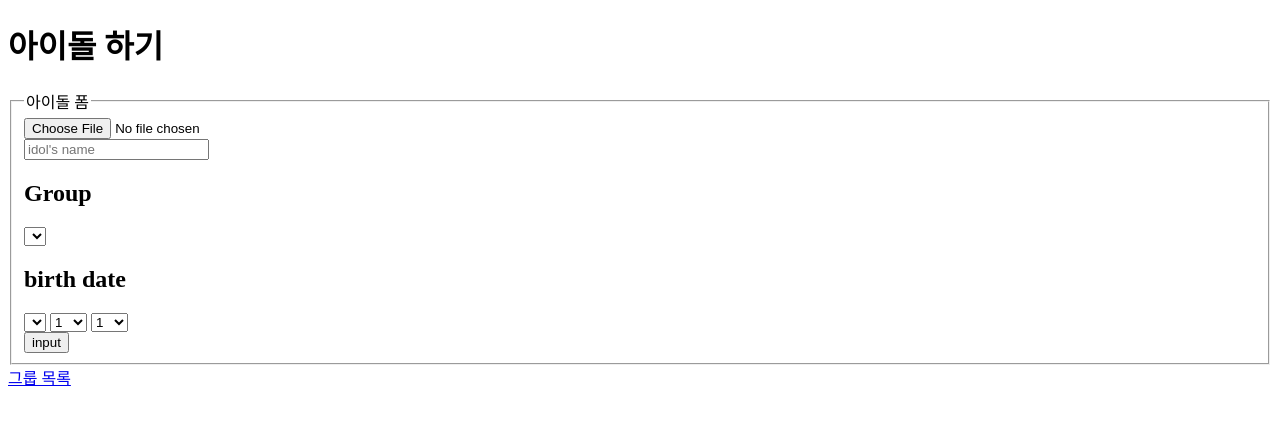
Repository: pippikim/TIL
Page: http://localhost/0318/WEB-INF/view/idolForm.jsp
The author's editor kept a copy of each file at every save. The page is drawn from the files as they stood at one save, then again after a run of saves.
The browser window is 1280 px wide. The pictures show the whole page.
Some web libraries are served in a nearby version. The page is served by Tomcat 9. Nobody is signed in. The template is opened directly, without the code that normally fills it, so the values that code supplies are empty.

Above is the page before, as saved 2019-03-21 10:43:16.

After the next 2 saves:
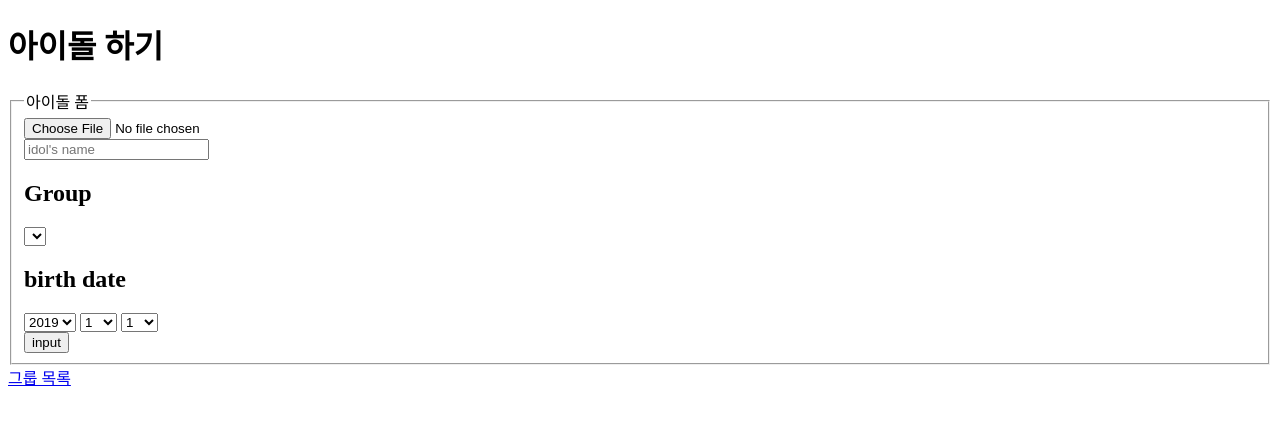
The 2 saves are shown as one change because they came seconds apart.
The last was saved 7 s later.
--- a/spring/0318/WebContent/WEB-INF/view/idolForm.jsp
+++ b/spring/0318/WebContent/WEB-INF/view/idolForm.jsp
@@ -145,7 +145,9 @@ function appendYear(){
 	 }
 
 	 for(var i= now.year(); i>1910; i--){
-		 if(selectedYear!=null)
+		 if(selectedYear!=null&&selectedYear==i){
+
+		 }
 		 $year.append("<option>"+i+"</option>");
 	 }
 }//appendYear() end
